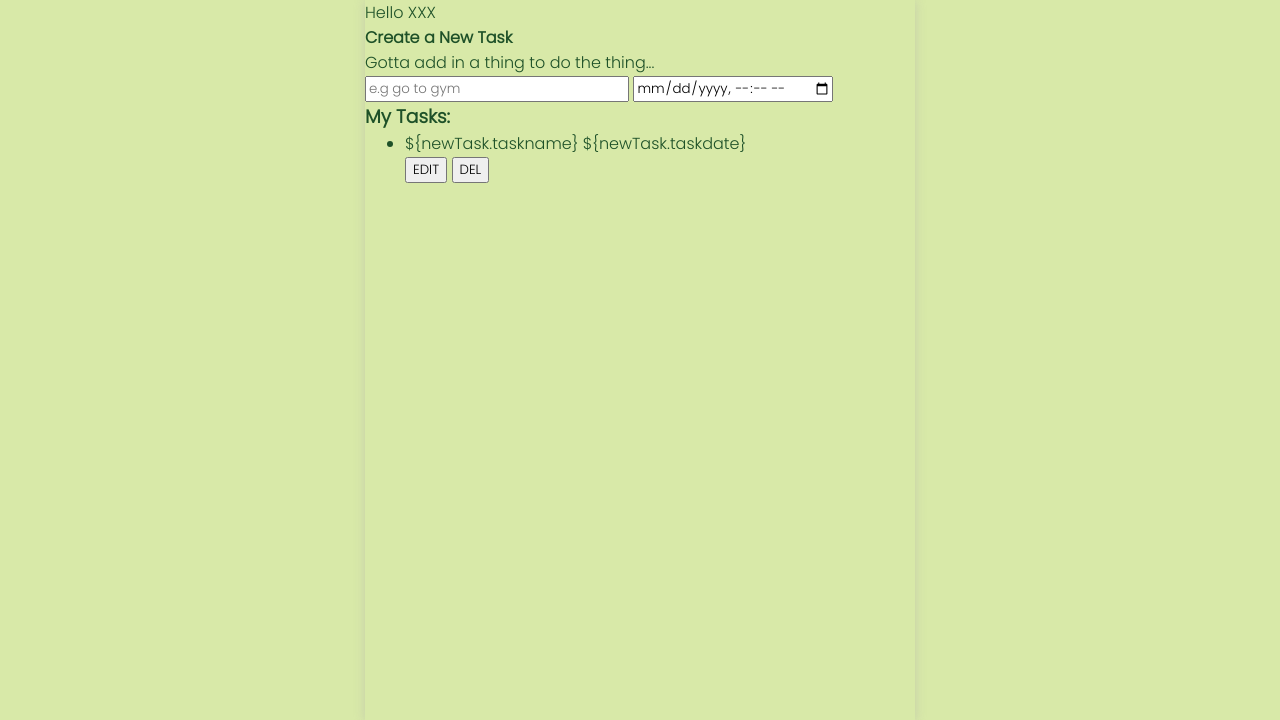
Repository: acidpixie/todo-app-version3
Page: index.html
An editor plug-in stored every save of this project. The page is shown before and after the next save, followed by the edit.
The browser window is 1280 px wide. The pictures show the whole page.

Above is the page before, as saved 2022-06-11 15:28:23.

After the next save:
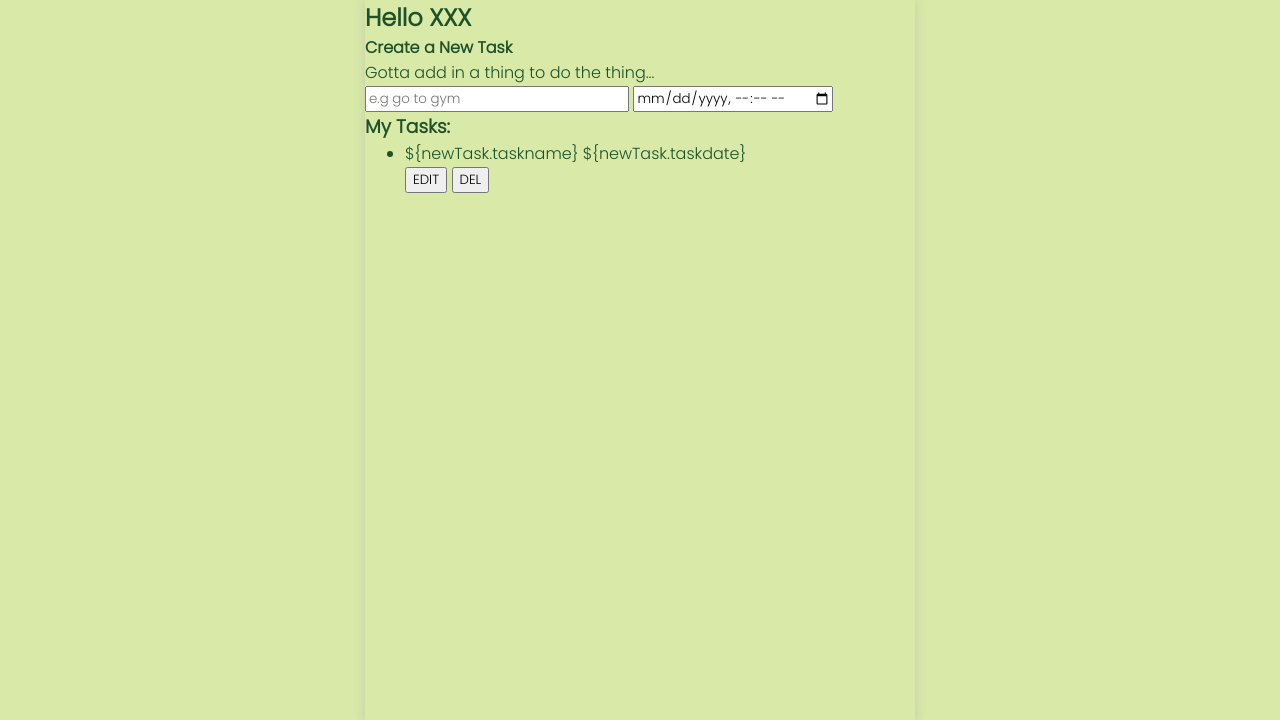
Saved 6 s later.
--- a/index.html
+++ b/index.html
@@ -19,7 +19,7 @@
 <body>
 
     <section>
-        <header>Hello XXX</header>
+        <h1>Hello XXX</h1>
 
         <div>
             <h4>Create a New Task</h4>
